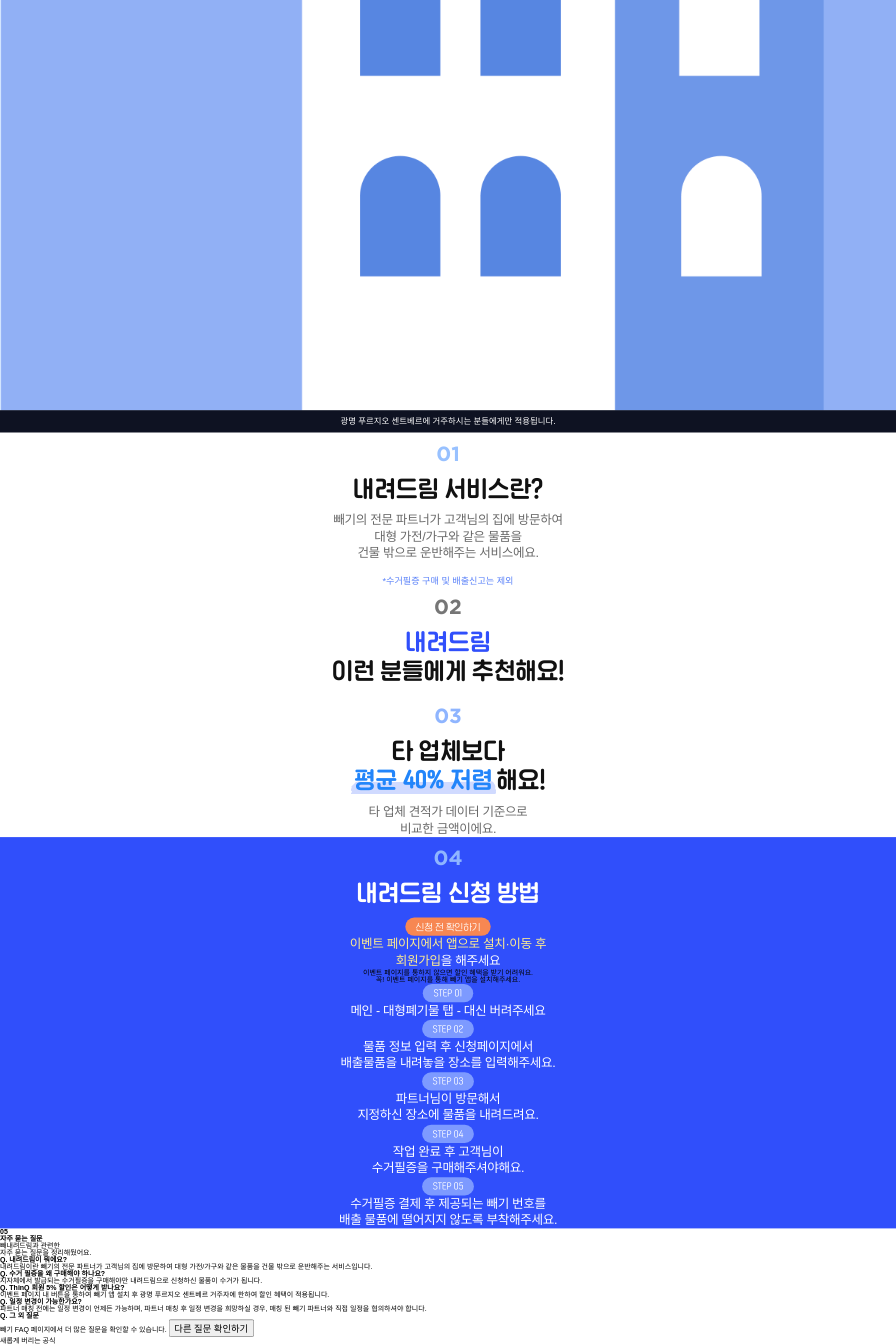
Repository: seraLeeDev/lgthinq-test
Page: index2.html
An editor plug-in stored every save of this project. The page is shown before and after the next save, followed by the edit.
The browser window is 1280 px wide. The pictures show the part of the page from y = 2857 to 4777 px (the page is 4777 px tall), at 70% of full size.
Some web fonts or font styles are not loaded; a fallback is used.

Above is the page before, as saved 2023-03-14 15:28:20.
Console error: ReferenceError: AOS is not defined

### index2.html
<!DOCTYPE html>
<html lang="ko">
  <head>
    <meta charset="UTF-8" />
    <meta http-equiv="X-UA-Compatible" content="IE=edge" />
    <meta name="viewport" content="width=device-width, initial-scale=1.0" />
    <title>빼기 | 새롭게 버리는 공식</title>
    <link as="style" rel="stylesheet" href="/css/reset.css" />
    <link as="style" rel="stylesheet" href="/css/font.css" />
    <link as="style" rel="stylesheet" href="/css/style.css" />
    <link href="https://unpkg.com/aos@2.3.1/dist/aos.css" rel="stylesheet" />
    <link
      rel="stylesheet"
      href="https://cdn.jsdelivr.net/gh/orioncactus/pretendard@v1.3.5/dist/web/static/pretendard-dynamic-subset.css"
    />
    <link
      rel="apple-touch-icon"
      sizes="57x57"
      href="/icons/apple-icon-57x57.png"
    />
    <link
      rel="apple-touch-icon"
      sizes="60x60"
      href="/icons/apple-icon-60x60.png"
    />
    <link
      rel="apple-touch-icon"
      sizes="72x72"
      href="/icons/apple-icon-72x72.png"
    />
    <link
      rel="apple-touch-icon"
      sizes="76x76"
      href="/icons/apple-icon-76x76.png"
    />
    <link
      rel="apple-touch-icon"
      sizes="114x114"
      href="/icons/apple-icon-114x114.png"
    />
    <link
      rel="apple-touch-icon"
      sizes="120x120"
      href="/icons/apple-icon-120x120.png"
    />
    <link
      rel="apple-touch-icon"
      sizes="144x144"
      href="/icons/apple-icon-144x144.png"
    />
    <link
      rel="apple-touch-icon"
      sizes="152x152"
      href="/icons/apple-icon-152x152.png"
    />
    <link
      rel="apple-touch-icon"
      sizes="180x180"
      href="/icons/apple-icon-180x180.png"
    />
    <link
      rel="icon"
      type="image/png"
      sizes="192x192"
      href="/icons/android-icon-192x192.png"
    />
    <link
      rel="icon"
      type="image/png"
      sizes="32x32"
      href="/icons/favicon-32x32.png"
    />
    <link
      rel="icon"
      type="image/png"
      sizes="96x96"
      href="/icons/favicon-96x96.png"
    />
    <link
      rel="icon"
      type="image/png"
      sizes="16x16"
      href="/icons/favicon-16x16.png"
    />
    <script type="text/javascript" src="/js/index.js"></script>
    <script src="https://unpkg.com/aos@2.3.1/dist/aos.js"></script>
  </head>
  <body>
    <div class="wrapper">
      <!-- 메인 -->
      <article class="article-box">
        <div class="full-img-box">
          <img src="./img/[LG ThinQ] main img.gif" alt="내려드림,할인드림" />
        </div>
        <div class="main-notice">
          <p>광명 푸르지오 센트베르에 거주하시는 분들에게만 적용됩니다.</p>
        </div>
      </article>
      <!-- ThinQ & 빼기 설명 -->
      <article></article>
      <!-- 내려드림 소개 -->
      <article>
        <!-- 01. 내려드림 서비스란? -->
        <section>
          <div class="box-content sec1">
            <b class="index text-blue-04-variation">01</b>
            <h2 class="GGothic h2">내려드림 서비스란?</h2>
            <p class="section-desc">
              빼기의 전문 파트너가 고객님의 집에 방문하여<br />
              대형 가전/가구와 같은 물품을<br />
              건물 밖으로 운반해주는 서비스에요.
            </p>
            <small class="section-caption text-blue-03"
              >*수거필증 구매 및 배출신고는 제외</small
            >
          </div>
          <div></div>
        </section>
        <!-- 02. 내려드림 추천 -->
        <section>
          <div class="box-content">
            <b class="index text-gray76">02</b>
            <h2 class="GGothic h2">
              <span class="text-blue-02">내려드림</span><br />
              이런 분들에게 추천해요!
            </h2>
          </div>

          <div></div>
          <div></div>
          <div></div>
        </section>
        <!-- 03. 가격 설명 -->
        <section>
          <div class="box-content">
            <b class="index text-blue-04">03</b>
            <h2 class="GGothic h2">
              타 업체보다 <br /><span class="text-blue-etc text-highlight"
                >평균 40% 저렴</span
              >해요!
            </h2>
            <p class="section-desc">
              타 업체 견적가 데이터 기준으로<br />
              비교한 금액이에요.
            </p>
          </div>
          <div></div>
          <div></div>
        </section>
        <!-- 04. 내려드림 신청 방법 -->
        <section class="bg-blue02">
          <div class="box-content">
            <b class="index text-blue-04">04</b>
            <h2 class="GGothic h2 text-white">내려드림 신청 방법</h2>

            <div>
              <span class="box-chip GGothic text-white bg-orange02"
                >신청 전 확인하기</span
              >
              <p class="text-white section-desc sec4">
                <span class="text-yellow"
                  >이벤트 페이지에서 앱으로 설치·이동 후 <br />회원가입</span
                >을 해주세요
              </p>
            </div>
            <div>
              <small
                >이벤트 페이지를 통하지 않으면 할인 혜택을 받기 어려워요.<br />
                꼭! 이벤트 페이지를 통해 빼기 앱을 설치해주세요.</small
              >
            </div>
            <div>
              <span class="box-chip GGothic text-white bg-lightblue"
                >STEP 01</span
              >
              <p class="text-white section-desc sec4">
                메인 - 대형폐기물 탭 - 대신 버려주세요
              </p>
            </div>

            <div>
              <span class="box-chip GGothic text-white bg-lightblue"
                >STEP 02</span
              >
              <p class="text-white section-desc sec4">
                물품 정보 입력 후 신청페이지에서<br />
                배출물품을 내려놓을 장소를 입력해주세요.
              </p>
            </div>
            <div>
              <span class="box-chip GGothic text-white bg-lightblue"
                >STEP 03</span
              >
              <p class="text-white section-desc sec4">
                파트너님이 방문해서<br />
                지정하신 장소에 물품을 내려드려요.
              </p>
            </div>
            <div>
              <span class="box-chip GGothic text-white bg-lightblue"
                >STEP 04</span
              >
              <p class="text-white section-desc sec4">
                작업 완료 후 고객님이<br />
                수거필증을 구매해주셔야해요.
              </p>
            </div>
            <div>
              <span class="box-chip GGothic text-white bg-lightblue"
                >STEP 05</span
              >
              <p class="text-white section-desc sec4">
                수거필증 결제 후 제공되는 빼기 번호를<br />
                배출 물품에 떨어지지 않도록 부착해주세요.
              </p>
            </div>
          </div>
        </section>
      </article>
      <!-- 05 : 자주묻는 질문-->
      <article>
        <section>
          <b>05</b>
          <h2>자주 묻는 질문</h2>
          <p>
            빼내려드림과 관련한<br />
            자주 묻는 질문을 정리해뒀어요.
          </p>

          <ul>
            <li>
              <div>
                <h5>Q. 내려드림이 뭐에요?</h5>
                <i></i>
                <div>
                  내려드림이란 빼기의 전문 파트너가 고객님의 집에 방문하여 대형
                  가전/가구와 같은 물품을 건물 밖으로 운반해주는 서비스입니다.
                </div>
              </div>
            </li>
            <li>
              <div>
                <h5>Q. 수거 필증을 왜 구매해야 하나요?</h5>
                <i></i>
                <div>
                  지자체에서 발급되는 수거필증을 구매해야만 내려드림으로
                  신청하신 물품이 수거가 됩니다.
                </div>
              </div>
            </li>
            <li>
              <div>
                <h5>Q. ThinQ 회원 5% 할인은 어떻게 받나요?</h5>
                <i></i>
                <div>
                  이벤트 페이지 내 버튼을 통하여 빼기 앱 설치 후 광명 푸르지오
                  센트베르 거주자에 한하여 할인 혜택이 적용됩니다.
                </div>
              </div>
            </li>
            <li>
              <div>
                <h5>Q. 일정 변경이 가능한가요?</h5>
                <i></i>
                <div>
                  파트너 매칭 전에는 일정 변경이 언제든 가능하며, 파트너 매칭 후
                  일정 변경을 희망하실 경우, 매칭 된 빼기 파트너와 직접 일정을
                  협의하셔야 합니다.
                </div>
              </div>
            </li>
            <li>
              <div>
                <h5>Q. 그 외 질문</h5>
                <i></i>
                <div>
                  빼기 FAQ 페이지에서 더 많은 질문을 확인할 수 있습니다.
                  <button>다른 질문 확인하기</button>
                </div>
              </div>
            </li>
          </ul>
        </section>
        <footer>
          <p>새롭게 버리는 공식</p>
        </footer>
      </article>
      <!-- 플로팅 버튼 -->
      <div class="btn-float"></div>
    </div>
  </body>
</html>

### css/font.css
@charset "UTF-8";

@font-face {
  font-family: "Pretendard";
  src: url("https://cdn.jsdelivr.net/gh/orioncactus/pretendard@v1.3.5/dist/web/static/pretendard-dynamic-subset.css");
}

@font-face {
  font-family: "HGSoftGGothicssi";
  font-style: normal;
  font-weight: 100;
  src: url(/font/HGSoftGGothicssi-00g.woff2) format("woff2"),
    url(/font/HGSoftGGothicssi-00g.woff) format("woff"),
    url(/font/HGSoftGGothicssi-00g.otf) format("opentype");
}

@font-face {
  font-family: "HGSoftGGothicssi";
  font-style: normal;
  font-weight: 200;
  src: url(/font/HGSoftGGothicssi-20g.woff2) format("woff2"),
    url(/font/HGSoftGGothicssi-20g.woff) format("woff"),
    url(/font/HGSoftGGothicssi-20g.otf) format("opentype");
}

@font-face {
  font-family: "HGSoftGGothicssi";
  font-style: normal;
  font-weight: 400;
  src: url(/font/HGSoftGGothicssi-40g.woff2) format("woff2"),
    url(/font/HGSoftGGothicssi-40g.woff) format("woff"),
    url(/font/HGSoftGGothicssi-40g.otf) format("opentype");
}

@font-face {
  font-family: "HGSoftGGothicssi";
  font-style: normal;
  font-weight: 600;
  src: url(/font/HGSoftGGothicssi-60g.woff2) format("woff2"),
    url(/font/HGSoftGGothicssi-60g.woff) format("woff"),
    url(/font/HGSoftGGothicssi-60g.otf) format("opentype");
}

@font-face {
  font-family: "HGSoftGGothicssi";
  font-style: normal;
  font-weight: 800;
  src: url(/font/HGSoftGGothicssi-80g.woff2) format("woff2"),
    url(/font/HGSoftGGothicssi-80g.woff) format("woff"),
    url(/font/HGSoftGGothicssi-80g.otf) format("opentype");
}

@font-face {
  font-family: "HGSoftGGothicssi";
  font-style: normal;
  font-weight: 900;
  src: url(/font/HGSoftGGothicssi-90g.woff2) format("woff2"),
    url(/font/HGSoftGGothicssi-90g.woff) format("woff"),
    url(/font/HGSoftGGothicssi-90g.otf) format("opentype");
}

@font-face {
  font-family: "Gotham";
  font-style: normal;
  font-weight: 700;
  src: url(/font/Gotham-Bold.woff2) format("woff2"),
    url(/font/Gotham-Bold.woff) format("woff"),
    url(/font/Gotham-Bold.otf) format("opentype");
}

### css/style.css
@charset "UTF-8";
/*
*
* TYPOGRAPHY
*
*/
html,
body,
.wrapper {
  font-family: "Pretendard", sans-serif !important;
  font-size: 10px; /*1rem: 10px*/
}
.wrapper .GGothic {
  font-family: "HGSoftGGothicssi", sans-serif !important;
}
.font-semiBold {
  font-weight: 600 !important;
}
.font-bold {
  font-weight: 800 !important;
}
.font-extraBold {
  font-weight: 900 !important;
}
.index {
  font-family: "Gotham", sans-serif !important;
  font-size: 6rem;
}
.h2 {
  margin-bottom: 12px;
  text-align: center;
  font-size: 7rem !important;
  line-height: 0.6;
  color: #111;
}
.section-desc {
  font-size: 1.8rem;
  line-height: 1.3;
  color: #6a6a6a;
  letter-spacing: -0.5px;
}
.section-caption {
  display: inline-block;
  margin-top: 22px;
  font-size: 13px;
}
.text-gray-01 {
  color: #111111 !important;
}
.text-blue-02 {
  color: #304ffb !important;
}
.text-blue-03 {
  color: #5980f9 !important;
}
.text-blue-04 {
  color: #8fb5ff !important;
}
.text-blue-04-variation {
  color: #98c1ff !important;
}
.text-blue-etc {
  color: #2285fa !important;
}
.text-indigo {
  color: #9aa9ff !important;
}
.text-white {
  color: #fff;
}
.text-grayb9 {
  color: #b9b9b9 !important;
}
.text-gray76 {
  color: #767676 !important;
}
.text-yellow {
  color: #ffed8f !important;
}
.index {
  margin-bottom: 15px;
}

/*
*
* COMMON
*
*/

.full-img-box {
  width: 100%;
}
.full-img-box img {
  width: 100%;
  vertical-align: bottom;
}
.box-content {
  width: 100%;
  text-align: center;
}
.box-content .sec1 {
  padding: 90px 54px 0;
}
/* article 1 style */
.main-notice {
  width: 100%;
  padding: 10px 0;
  background: #0e1222;
}
.main-notice p {
  width: 100%;
  text-align: center;
  font-size: 1.2rem;
  color: #fff;
}
.box-chip {
  font-family: "Gotham", sans-serif !important;
  padding: 0.5rem 1.5rem;
  font-size: 2.8rem;
  border-radius: 50px;
  color: white;
  text-align: center;
}
.bg-orange02 {
  background-color: #f78752 !important;
}
.bg-lightblue {
  background-color: #7d9aff !important;
}
.bg-blue02 {
  background-color: #304ffb !important;
}
.bg-indigo {
  background-color: #192250 !important;
}
/* article 2 style */
/* article 3 style */
.text-highlight {
  padding: 0 5px;
  background: url(/img/marker_line.svg) no-repeat 50% 120%;
  background-size: 100%;
}
/* article 4 style */
.section-desc .sec4 {
  letter-spacing: -0.3px;
  font-weight: 400;
}
/* article 5 style */

Loaded but not shown: css/reset.css (common file); js/index.js (common file)

After the next save:
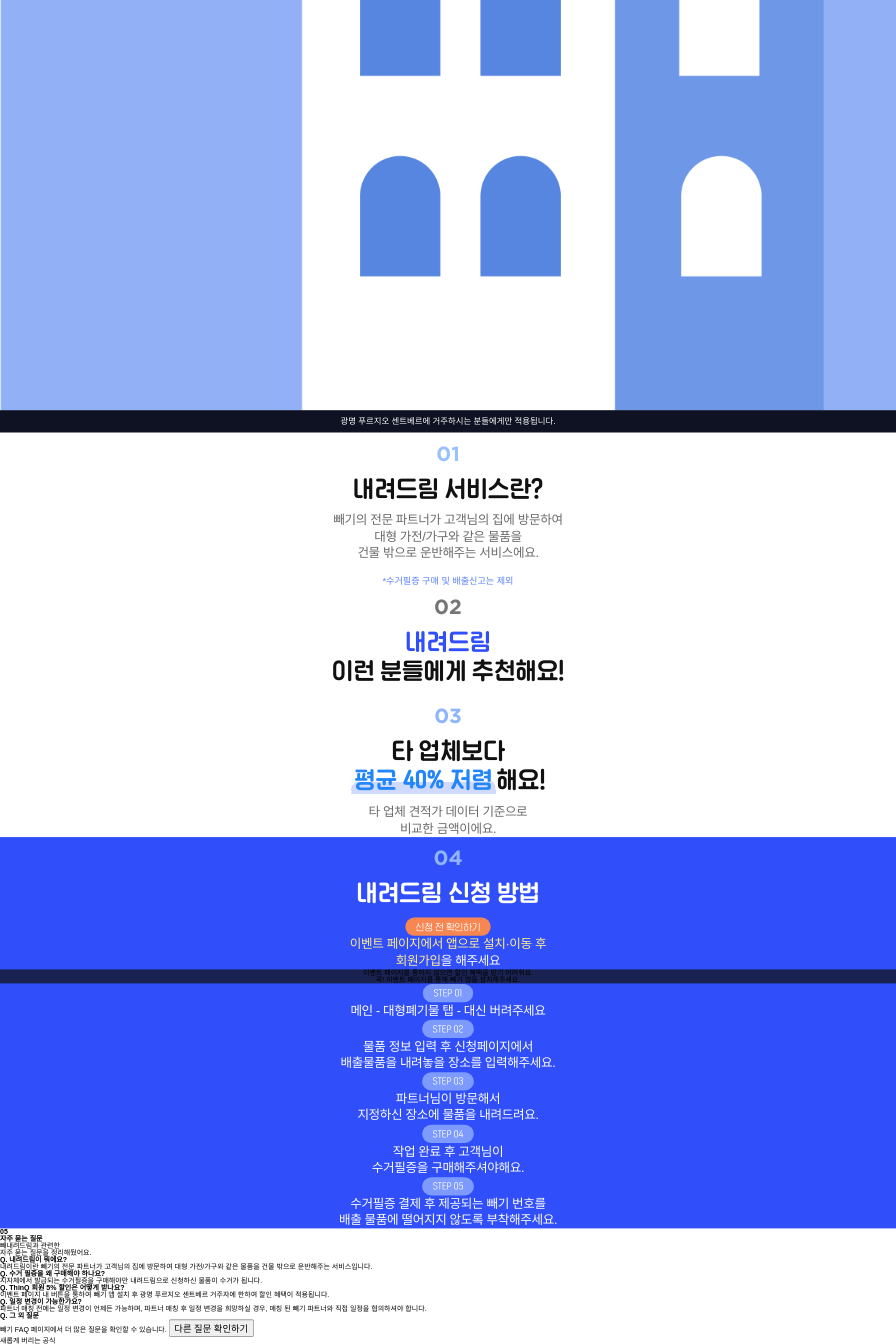
Saved 19 s later.
--- a/index2.html
+++ b/index2.html
@@ -163,7 +163,7 @@
                 >을 해주세요
               </p>
             </div>
-            <div>
+            <div class="bg-indigo">
               <small
                 >이벤트 페이지를 통하지 않으면 할인 혜택을 받기 어려워요.<br />
                 꼭! 이벤트 페이지를 통해 빼기 앱을 설치해주세요.</small
